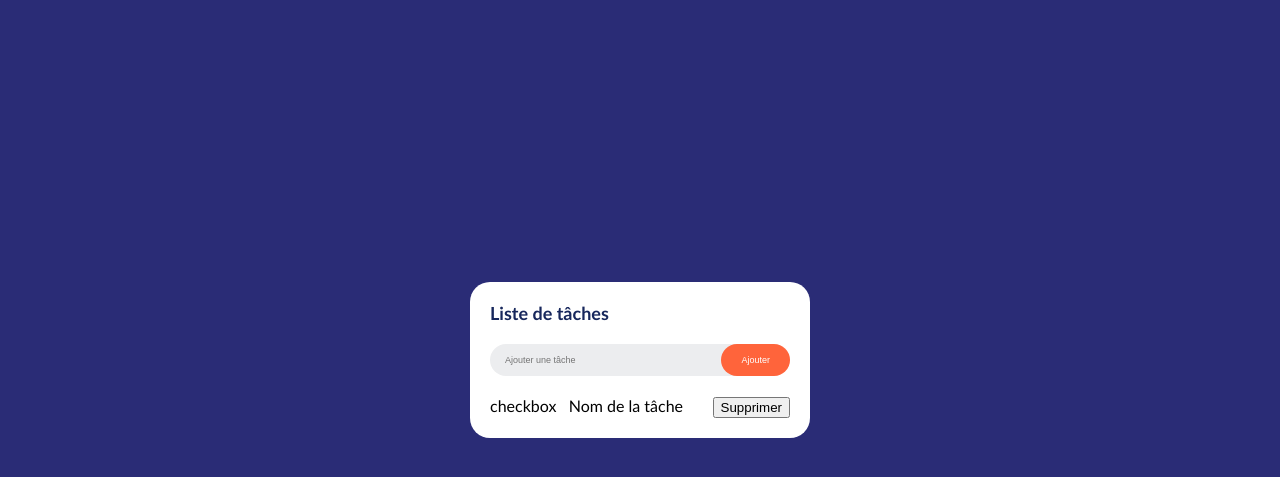
Repository: ndiemenguer/convertisseur
Page: / (app in todo-isep/)
The author's editor kept a copy of each file at every save. The page is drawn from the files as they stood at one save, then again after a run of saves.
The browser window is 1280 px wide. The pictures show the whole page.
The project was rebuilt for these pictures with package versions that can differ from the ones it lists, and the page was loaded fresh each time. Also part of the build but not shown: todo-isep/vite.config.js, todo-isep/src/Application.jsx, todo-isep/src/index.css.

Above is the page before, as saved 2023-05-06 12:36:09.

### todo-isep/src/main.jsx
import React from 'react'
import ReactDOM from 'react-dom/client'
import App from './App.jsx'
import ApplicationDev from './Application.jsx'
import './index.css'


ReactDOM.createRoot(document.getElementById('root')).render(
  <React.StrictMode>
    <App />
  </React.StrictMode>,
)

### todo-isep/src/App.jsx
import "./App.css";

function App() {
  return (
    <>
      <main className="container">
        <div className="title">Liste de tâches</div>
        <div className="input-box">
          <input
            type="text"
            className="input"
            placeholder="Ajouter une tâche"
          />
          <button className="button">Ajouter</button>
        </div>
        <div className="todo-list">
          <div className="todo-box">
            <div>checkbox &nbsp; Nom de la tâche</div>
            <div>
              <button>Supprimer</button>
            </div>
          </div>
        </div>
      </main>
    </>
  );
}

export default App;

### todo-isep/src/App.css
body {
  background: #2a2c76;
  display: flex;
  height: 100vh;
  width: 100vw;
  margin: 0;
  justify-content: center;
  align-items: center;
  font-family: calibri;
}

.container {
  background: white;
  width: 300px;
  min-height: 100px;
  border-radius: 20px;
  display: flex;
  flex-direction: column;
  gap: 20px;
  padding: 20px;
}

.container .title {
  font-size: 18px;
  font-weight: 600;
  color: #17275c;
}

.input-box {
  position: relative;
}

.todo-list {
  display: flex;
  flex-direction: column;
  gap: 10px;
}

.todo-box {
  display: flex;
  justify-content: space-between;
}

.input {
  width: 90%;
  height: 30px;
  border-radius: 20px;
  border: 0;
  outline: none;
  background-color: #ecedef;
  padding-left: 15px;
  font-size: 9px;
}

.button {
  position: absolute;
  right: 0;
  bottom: 0;
  height: 32px;
  border-radius: 20px;
  border: 0;
  color: white;
  font-size: 9px;
  background-color: #ff643b;
  padding-left: 20px;
  padding-right: 20px;
  cursor: pointer;
  transition: 0.25s ease-in-out;
}

.button:hover {
  opacity: 0.8;
  transition: 0.25s ease-in-out;
}

.delete {
  font-weight: bold;
  padding: 10px;
}

Loaded but not shown: todo-isep/index.html (common file)

After the next 2 saves:
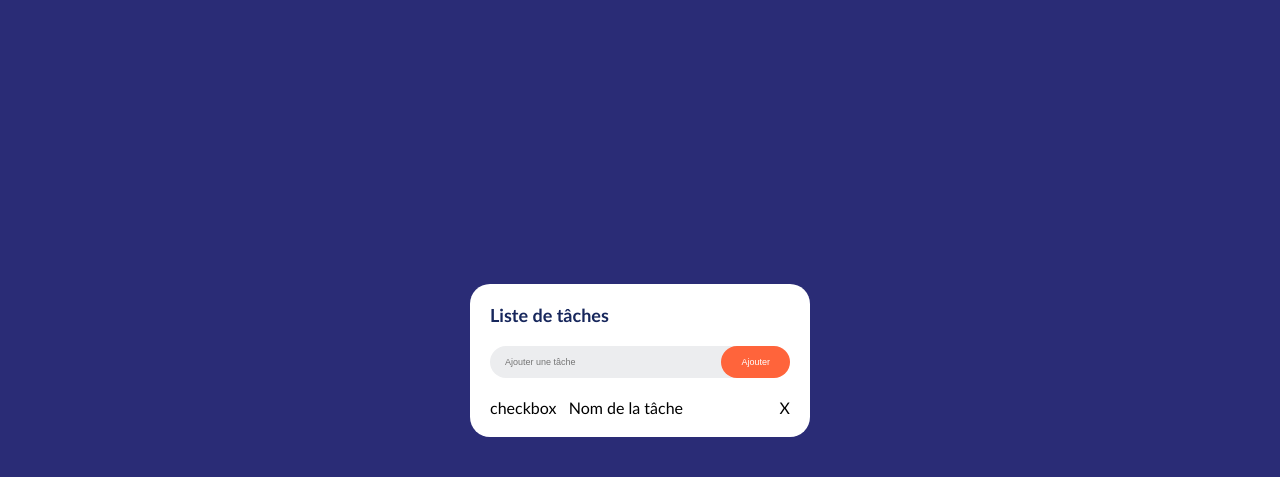
The 2 saves are shown as one change because they came seconds apart.
The last was saved 9 s later.
--- a/todo-isep/src/App.jsx
+++ b/todo-isep/src/App.jsx
@@ -17,7 +17,7 @@ function App() {
           <div className="todo-box">
             <div>checkbox &nbsp; Nom de la tâche</div>
             <div>
-              <button>Supprimer</button>
+              <div>X</div>
             </div>
           </div>
         </div>
